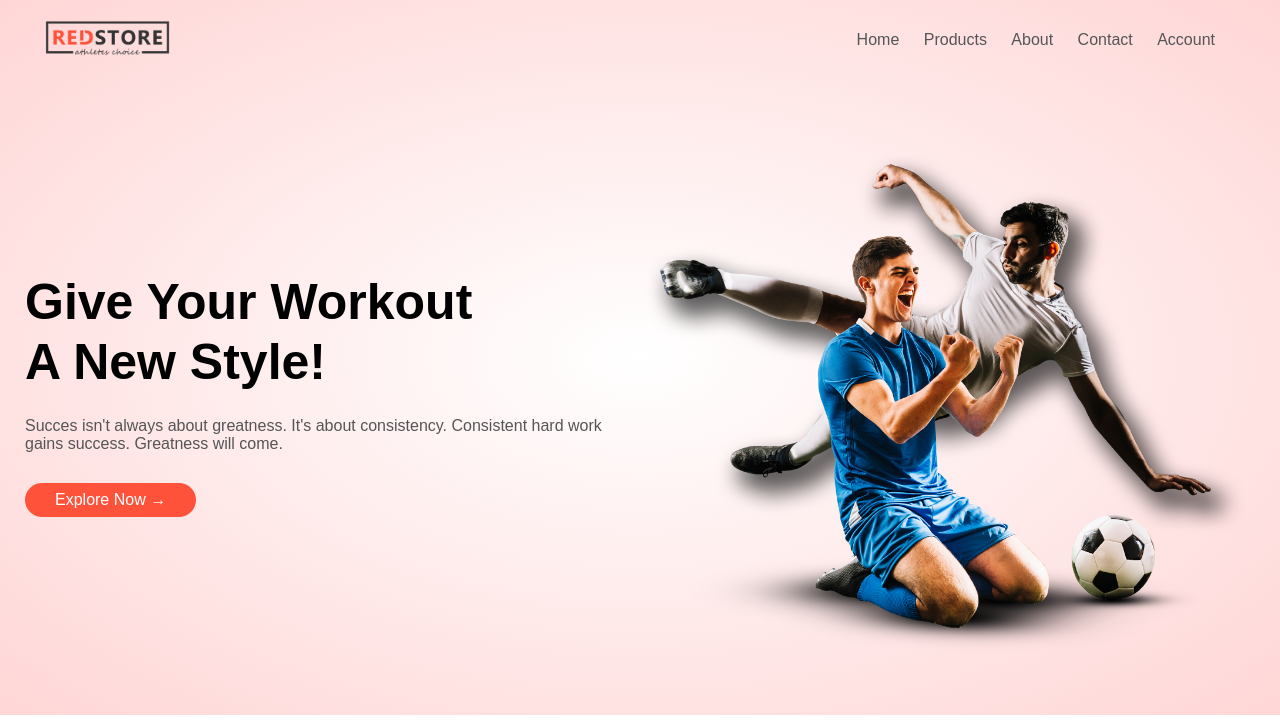
Repository: datvu1608/redsportstore
Page: index.html
These files come from the project's save history. The page is drawn as it stood at one moment and after the next save; the edit follows.
The browser window is 1280 px wide. The pictures show the whole page.

Above is the page before, as saved 2023-11-22 23:13:19.

### index.html
<!DOCTYPE html>
<html lang="en">
  <head>
    <meta charset="UTF-8" />
    <meta name="viewport" content="width=device-width, initial-scale=1.0" />
    <title>Restore | Ecommerce Website Design</title>
    <link rel="stylesheet" href="./styles.css" />
  </head>
  <body>
    <div class="header">
      <div class="container">
        <div class="navbar">
          <div class="logo">
            <img src="./images/logo.png" alt="" width="125px" />
          </div>
          <nav>
            <ul>
              <li>
                <a href="#">Home</a>
              </li>
              <li>
                <a href="#">Products</a>
              </li>
              <li>
                <a href="#">About</a>
              </li>
              <li>
                <a href="#">Contact</a>
              </li>
              <li>
                <a href="#">Account</a>
              </li>
            </ul>
          </nav>
        </div>
        <div class="row">
          <div class="col-2">
            <h1>Give Your Workout <br />A New Style!</h1>
            <p>
              Succes isn't always about greatness. It's about consistency.
              Consistent hard work gains success. Greatness will come.
            </p>
            <a href="" class="btn">Explore Now &#8594;</a>
          </div>
          <div class="col-2">
            <img src="./images/image1.png" alt="" />
          </div>
        </div>
      </div>
    </div>
  </body>
</html>

### styles.css
* {
  margin: 0;
  padding: 0;
  box-sizing: border-box;
}
body {
  font-family: 'Poppins', sans-serif;
}
.navbar {
  display: flex;
  align-items: center;
  padding: 20px;
}
nav {
  flex: 1;
  text-align: right;
}
nav ul {
  display: inline-block;
  list-style-type: none;
}
nav ul li {
  display: inline-block;
  margin-right: 20px;
}
nav ul li a {
  text-decoration: none;
  color: #555;
}

p {
  color: #555;
}
.container {
  max-width: 1300px;
  margin: auto;
  padding-left: 25px;
  padding-right: 25px;
}
.row {
  display: flex;
  align-items: center;
  flex-wrap: wrap;
  justify-content: space-around;
}
.col-2 {
  flex-basis: 50%;
  min-width: 300px;
}
.col-2 img {
  max-width: 100%;
  padding: 50px 0;
}
.col-2 h1 {
  font-size: 50px;
  line-height: 60px;
  margin: 25px 0;
}
.btn {
  display: inline-block;
  background: #ff523b;
  border-radius: 30px;
  color: #fff;
  padding: 8px 30px;
  margin: 30px 0;
  text-decoration: none;
}
.header {
  background: radial-gradient(#fff, #ffd6d6);
}

After the next save:
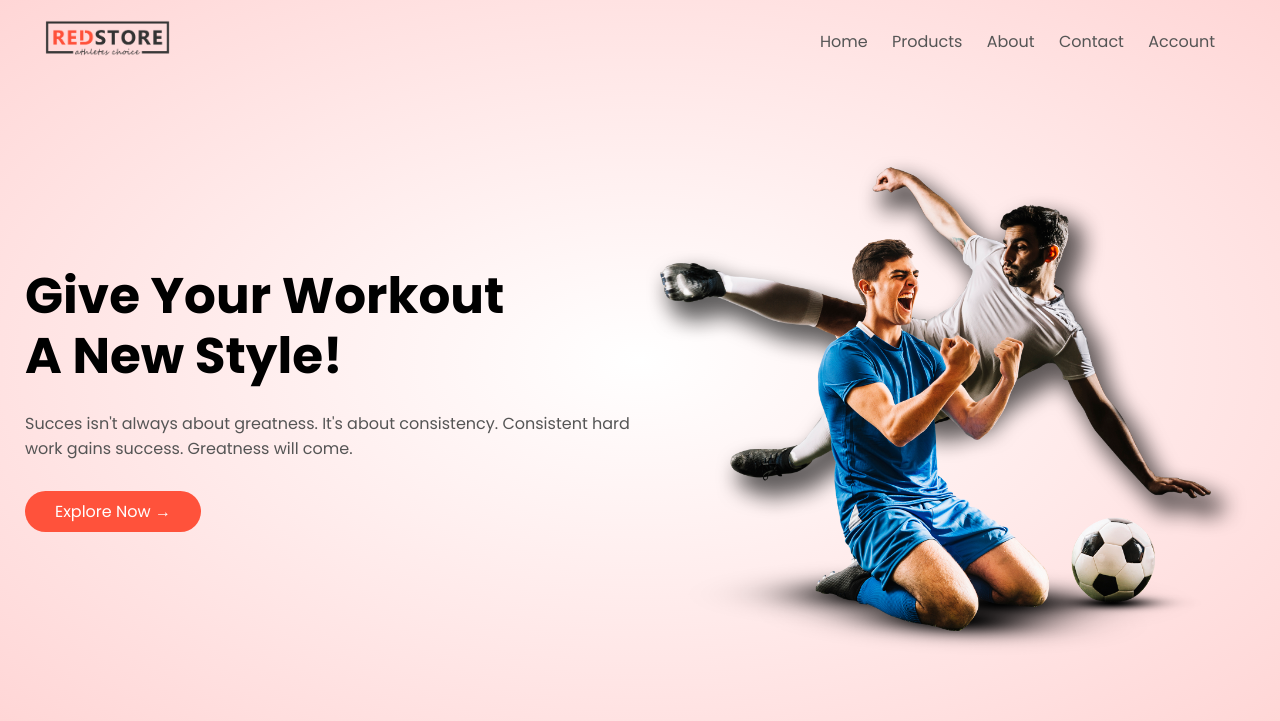
Saved 12 s later.
--- a/index.html
+++ b/index.html
@@ -4,6 +4,10 @@
     <meta charset="UTF-8" />
     <meta name="viewport" content="width=device-width, initial-scale=1.0" />
     <title>Restore | Ecommerce Website Design</title>
+    <link
+      href="https://fonts.googleapis.com/css2?family=Poppins:wght@300;400;500;600;700&display=swap"
+      rel="stylesheet"
+    />
     <link rel="stylesheet" href="./styles.css" />
   </head>
   <body>
